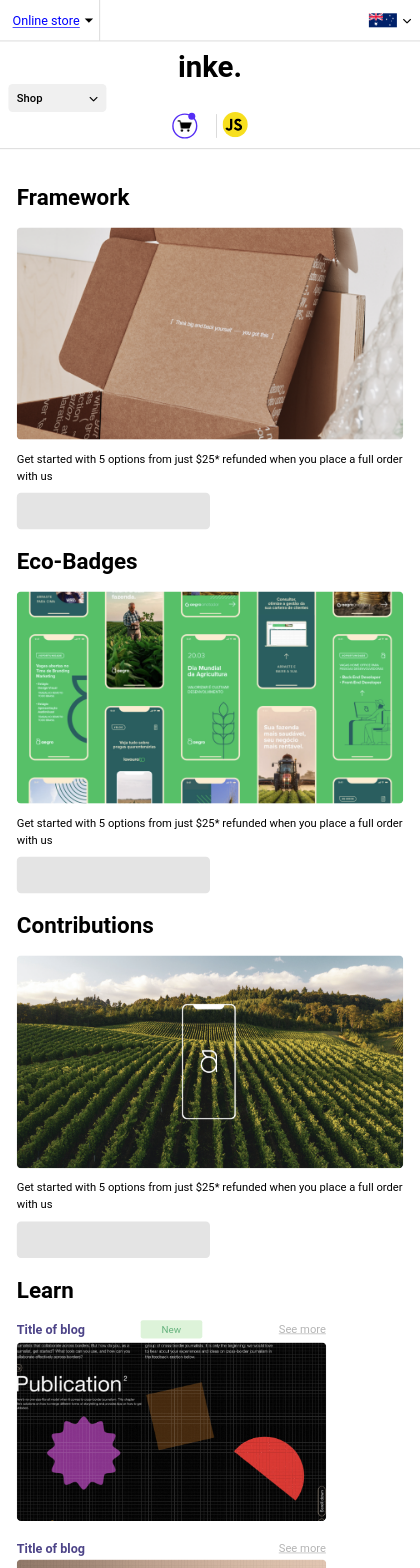
Repository: NguyenMinhKhanhB1909929/Practice_HTML-01
Page: index.html
These files come from the project's save history. The page is drawn as it stood at one moment and after the next save; the edit follows.
The browser window is 600 px wide. The pictures show the part of the page from y = 0 to 2240 px (the page is 2840 px tall), at 70% of full size.
Some web libraries are served in a nearby version.

Above is the page before, as saved 2022-04-07 21:48:05.

After the next save:
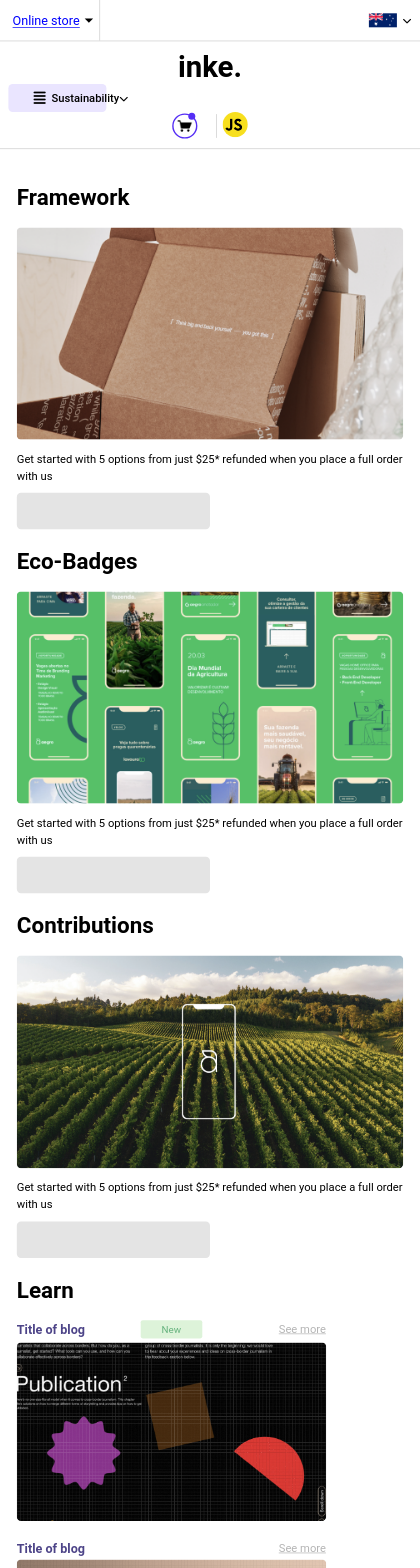
Saved 20 s later.
--- a/asset/style/style.css
+++ b/asset/style/style.css
@@ -408,8 +408,8 @@ a {
     align-items: center;
     padding: 0 8px 0 24px;
   }
-  .nav__category-opt:nth-child(2),
-  .nav__category-opt:nth-child(3) {
+  .nav__category-opt:nth-child(1),
+  .nav__category-opt:nth-child(2) {
     display: none;
   }
   .nav__category-opt-group {
